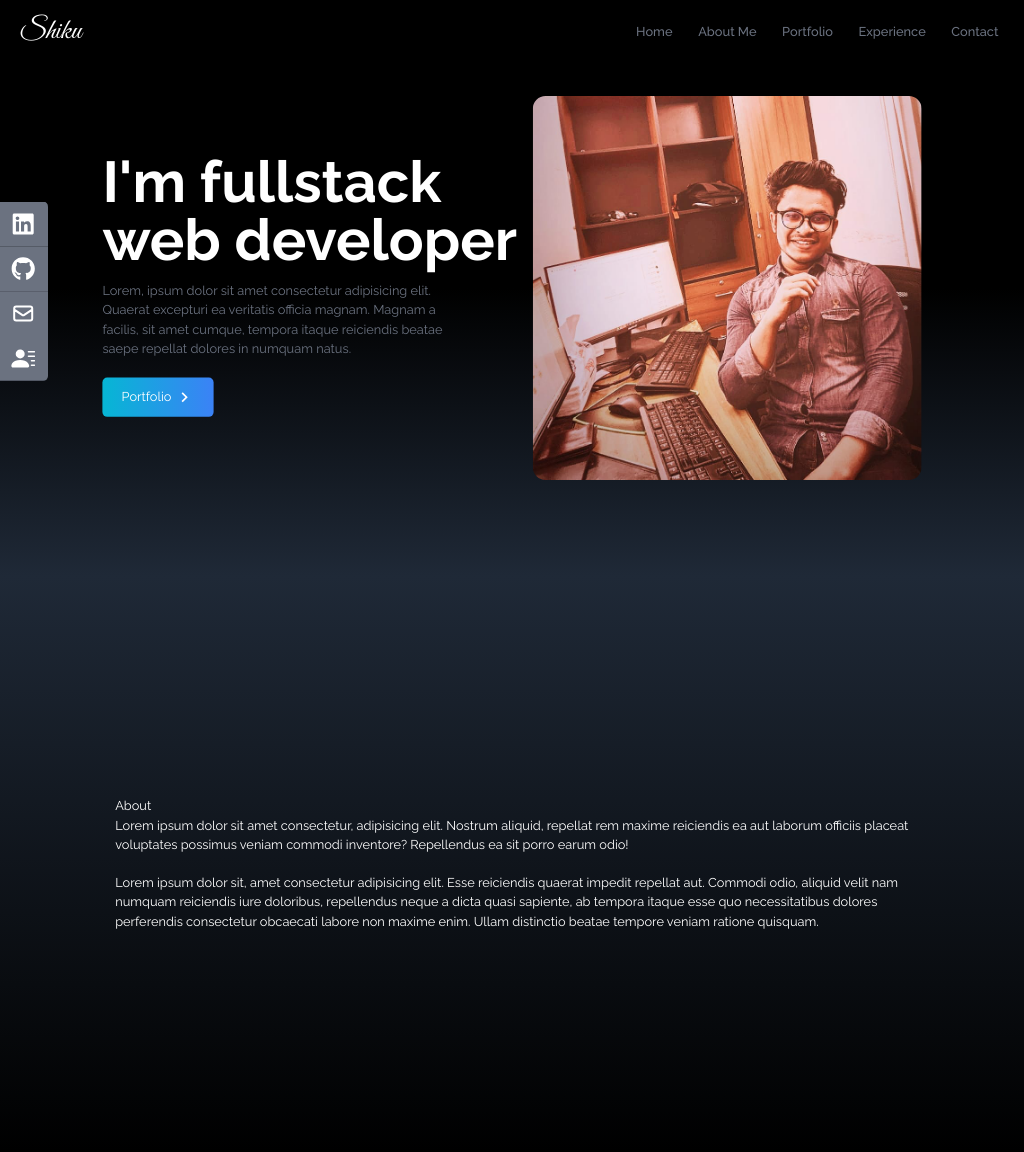
Repository: shikubro90/portfolio2
Page: /
An editor plug-in stored every save of this project. The page is shown before and after a run of saves, followed by the edit.
The browser window is 1280 px wide. The pictures show the whole page, at 80% of full size.
The project was rebuilt for these pictures with package versions that can differ from the ones it lists, and the page was loaded fresh each time. Imported but missing from the stored project, and not drawn on this page: src/assets/CV.pdf.

Above is the page before, as saved 2022-08-26 13:50:00.

### src/index.css
@import url('https://fonts.googleapis.com/css2?family=Raleway:ital,wght@0,200;0,300;0,400;0,500;0,600;0,700;0,800;0,900;1,100;1,200;1,300;1,400;1,500;1,600;1,700;1,800;1,900&display=swap');

@import url('https://fonts.googleapis.com/css2?family=Great+Vibes&display=swap');

@tailwind base;
@tailwind components;
@tailwind utilities;

@layer base{
  html{
    font-family: 'Raleway', sans-serif;
  }
}

### src/App.js
import About from "./components/About";
import Home from "./components/Home";
import Navbar from "./components/Navbar";
import SocialMedia from "./components/SocialMedia";


function App() {
  return (
    <div>
      <Navbar/>
      <Home/>
      <SocialMedia/>
      <About/>
    </div>
  );
}

export default App;

### src/components/About.jsx
import React from 'react'

const About = () => {
  return (
    <div name="about" className='w-full h-screen bg-gradient-to-b from-gray-800 to-black text-white'>
      <div className='max-w-screen-lg p-4 mx-auto flex flex-col justify-center w-full h-full'>
        <div>
          <p>About</p>
        </div>
        <p>
          Lorem ipsum dolor sit amet consectetur, adipisicing elit. Nostrum aliquid, repellat rem maxime reiciendis ea aut laborum officiis placeat voluptates possimus veniam commodi inventore? Repellendus ea sit porro earum odio!
        </p>

        <br />

        <p>Lorem ipsum dolor sit, amet consectetur adipisicing elit. Esse reiciendis quaerat impedit repellat aut. Commodi odio, aliquid velit nam numquam reiciendis iure doloribus, repellendus neque a dicta quasi sapiente, ab tempora itaque esse quo necessitatibus dolores perferendis consectetur obcaecati labore non maxime enim. Ullam distinctio beatae tempore veniam ratione quisquam.</p>
      </div>

    </div>
  )
}

export default About

### src/components/Home.jsx
import React from 'react'
import heroImage from '../assets/about_me.png'
import {MdOutlineKeyboardArrowRight} from "react-icons/md"

const Home = () => {
  return (
    <div name="home" className='h-screen w-full bg-gradient-to-b from-black via-black to-gray-800 px-4'>
        <div className='max-w-screen-lg mx-auto flex flex-col md:flex-row items-center justify-center h-full'>

            <div className='flex flex-col justify-center text-white'>
                <h1 className='text-4xl sm:text-7xl font-bold'>I'm fullstack web developer</h1>

                <p className='text-gray-500 py-4 max-w-md'>Lorem, ipsum dolor sit amet consectetur adipisicing elit. Quaerat excepturi ea veritatis officia magnam. Magnam a facilis, sit amet cumque, tempora itaque reiciendis beatae saepe repellat dolores in numquam natus.</p>

                <button className='group w-fit flex flex-row items-center px-6 py-3 my-2 rounded-md bg-gradient-to-r from-cyan-500 to-blue-500 cursor-pointer'>
                    Portfolio
                    <span className='group-hover:rotate-90 duration-200'>
                        <MdOutlineKeyboardArrowRight className="ml-1" size={25} />
                    </span>
                </button>

            </div>
            <div>
                <img src={heroImage} alt="heroImage" className='rounded-2xl'/>
            </div>
        </div>
    </div>
  )
}

export default Home

### src/components/Navbar.jsx
import React, { useState } from 'react'
import {FaBars, FaTimes} from 'react-icons/fa'

const Navbar = () => {

  const [nav, setNav] = useState(false)

  const links =[
    {
      id : 1,
      link : "Home"
    },
    {
      id : 2,
      link : "About Me"
    },
    {
      id : 3,
      link : "Portfolio"
    },
    {
      id : 4,
      link : "Experience"
    },
    {
      id : 5,
      link : "Contact"
    },
  ]

  return (
    <div className='bg-black text-white flex justify-between items-center px-4 fixed w-full h-20'>
      <div>
        <h1 className='text-4xl font-signature ml-2'>Shiku</h1>
      </div>

        <ul className='hidden md:flex'>
          {
            links.map((link)=>{
              return(
                <li key={link.id} className='px-4 cursor-pointer capitalize font-medium text-gray-500 hover:scale-105 duration-200 '>
                  {link.link}
                </li>
              )
            })
          }
        </ul>
        <div onClick={()=>{return setNav(!nav)}} className='cursor-pointer pr-10 z-10 text-gray-500 md:hidden'>
          {nav? <FaTimes size={30}/> : <FaBars size={30}/>  }
        </div>

          {nav && (
            <ul className='absolute top-0 left-0 w-full flex flex-col items-center justify-center h-screen bg-gradient-to-b from-black to-gray-800 text-gray-500'>
              {
                links.map(({id, link})=>{
                  return(
                    <li key={id} className='px-4 py-6 text-3xl cursor-pointer capitalize font-medium text-gray-500 hover:scale-105 duration-200 '>
                        {link}
                    </li>
                  )
                })
              }
            </ul>
          )}
    </div>
  )
}

export default Navbar

### src/components/SocialMedia.jsx
import React from 'react'
import {FaGithub, FaLinkedin} from "react-icons/fa"
import {HiOutlineMail} from "react-icons/hi"
import {BsFillPersonLinesFill} from "react-icons/bs"
import resume from '../assets/CV.pdf'

const links = [
    {
        id : 1,
        child : (
            <>
                LinkedIn <FaLinkedin size={30}/>
            </>
        ),
        href : "https://linkedin.com",
        style : 'rounded-tr-md'
    },
    {
        id : 2,
        child : (
            <>
                GitHub <FaGithub size={30}/>
            </>
        ),
        href : "https://github.com/shikubro90?tab=repositories",
    },
    {
        id : 3,
        child : (
            <>
                Mail <HiOutlineMail size={30}/>
            </>
        ),
        href : "mailto:shikubro90@gmail.com",
    },
    {
        id : 4,
        child : (
            <>
                Resume <BsFillPersonLinesFill size={30}/>
            </>
        ),
        href : resume,
        style : 'rounded-br-md',
        download: true
    },
]

const SocialMedia = () => {
  return (
    <div className='hidden lg:flex text-white flex flex-col fixed top-[35%] left-0'>
        <ul>
            {links.map(({id, child, style, href, download})=>{
                return(
                    <li key={id} className={`flex justify-between items-center ml-[-100px] hover:ml-[-10px] duration-300 hover:rounded-md w-40 bg-gray-500 cursor-pointer h-14 ${style}`}>
                        <a href={href}
                            className='flex justify-between items-center w-full px-4'
                            download={download}
                            rel="noreferrer"
                            target="_blank">
                            {child}
                        </a>
                    </li>
                )
            })}
        </ul>
    </div>
  )
}

export default SocialMedia

### tailwind.config.js
/** @type {import('tailwindcss').Config} */
module.exports = {
  content: [
    "./src/**/*.{js,jsx,ts,tsx}",
  ],
  theme: {
    extend: {},
    fontFamily: {
      signature : ["Great Vibes"],
    }
  },
  plugins: [],
}

Loaded but not shown: public/index.html (common file); src/index.js (common file)

After the next 7 saves:
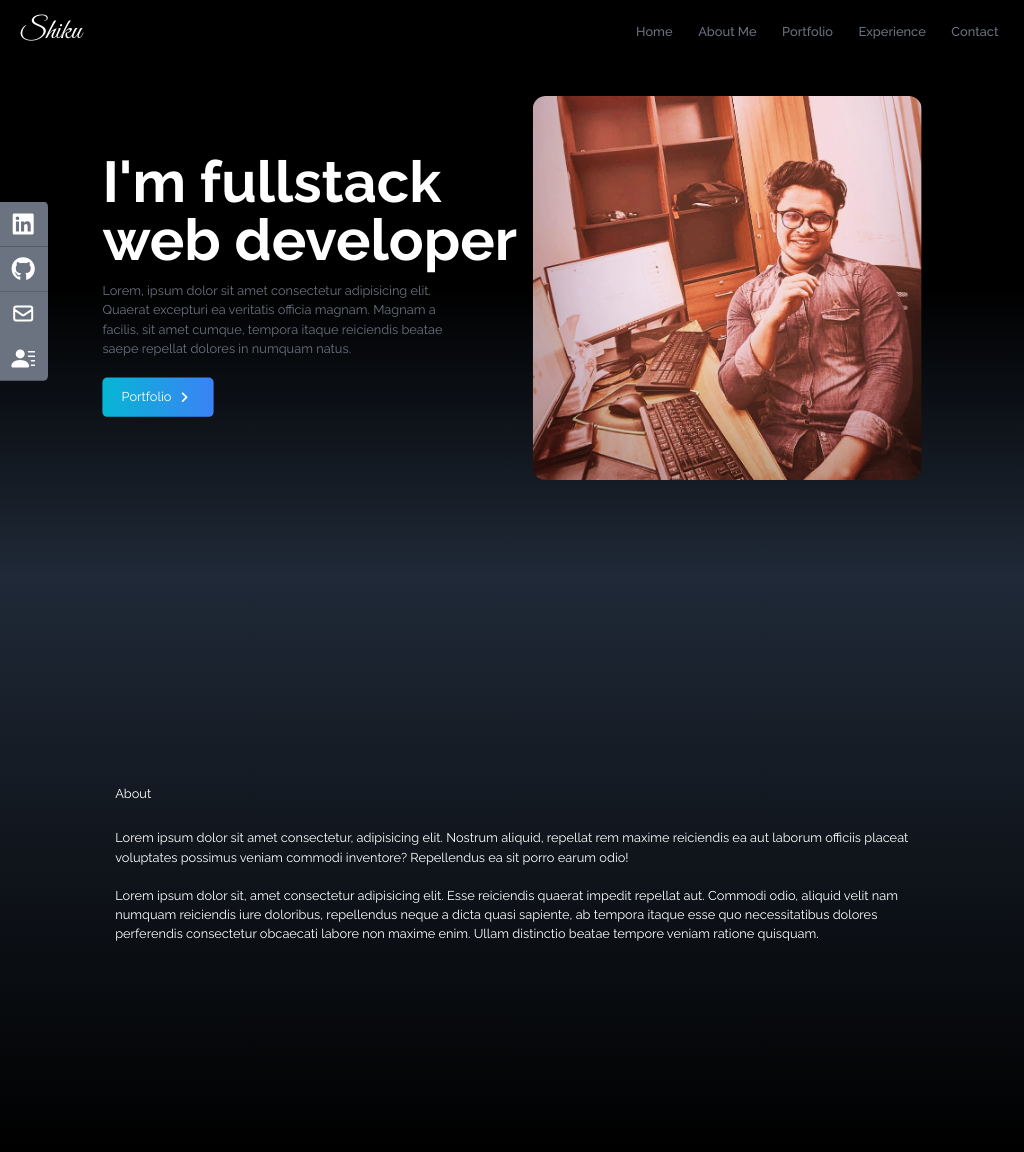
The 7 saves are shown as one change because they came seconds apart.
The last was saved 29 s later.
--- a/src/components/About.jsx
+++ b/src/components/About.jsx
@@ -4,7 +4,7 @@ const About = () => {
   return (
     <div name="about" className='w-full h-screen bg-gradient-to-b from-gray-800 to-black text-white'>
       <div className='max-w-screen-lg p-4 mx-auto flex flex-col justify-center w-full h-full'>
-        <div>
+        <div className='pb-8'>
           <p>About</p>
         </div>
         <p>
